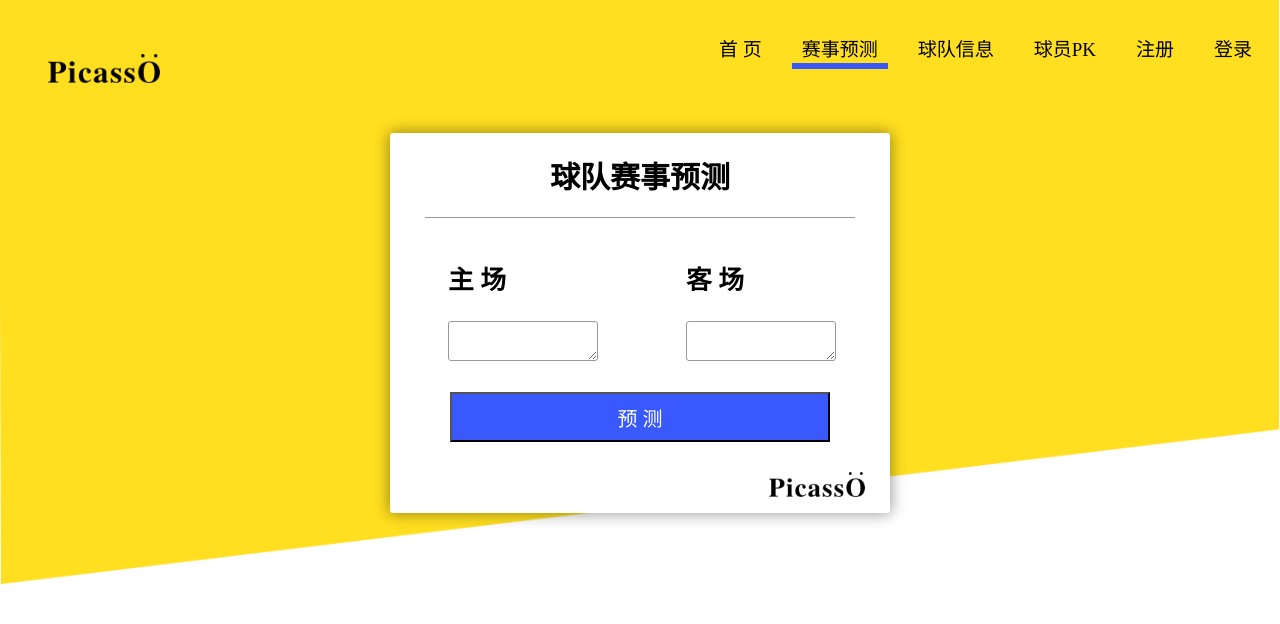
Repository: cciixx/nba-prediction-sys
Page: public/predict.html
An editor plug-in stored every save of this project. The page is shown before and after the next save, followed by the edit.
The browser window is 1280 px wide. The pictures show the whole page.

Above is the page before, as saved 2020-04-04 13:33:30.

After the next save:
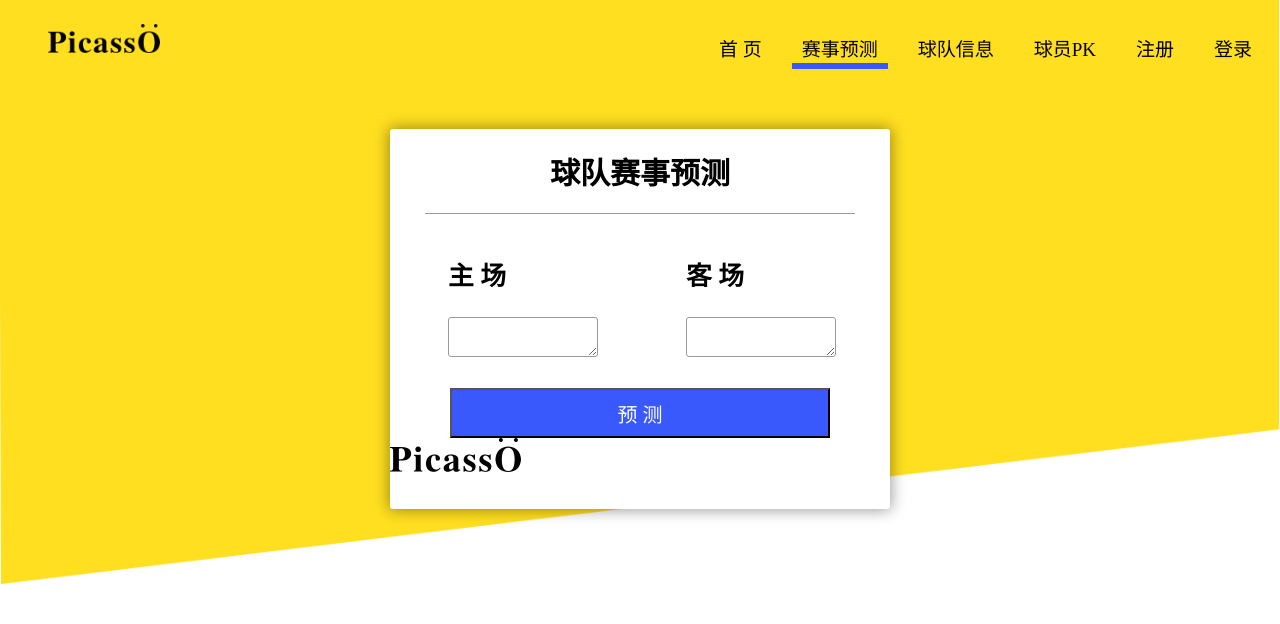
Saved 41 min 27 s later.
--- a/public/css/search.css
+++ b/public/css/search.css
@@ -45,7 +45,7 @@ input{
     margin-top: 25px;
 }
 
-img{
+#logo_b{
     height: 25px;
     float: right;
     margin-top: 30px;
